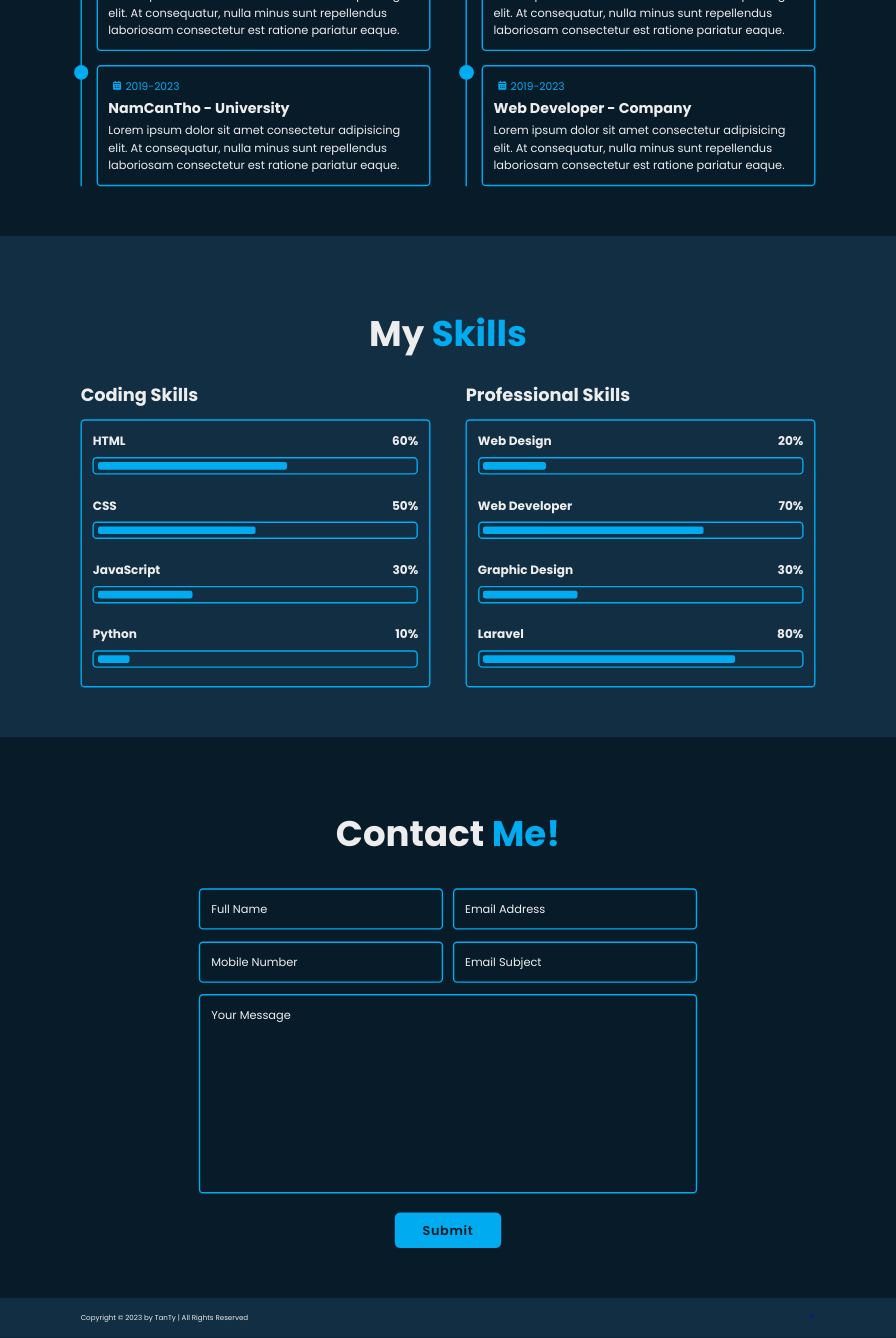
Repository: Tanty102/About_Me
Page: index.html
These files come from the project's save history. The page is drawn as it stood at one moment and after a run of saves; the edit follows.
The browser window is 1280 px wide. The pictures show the part of the page from y = 2080 to 4000 px (the page is 3991 px tall before and 4000 px after), at 70% of full size.

Above is the page before, as saved 2023-09-12 21:59:04.

After the next 3 saves:
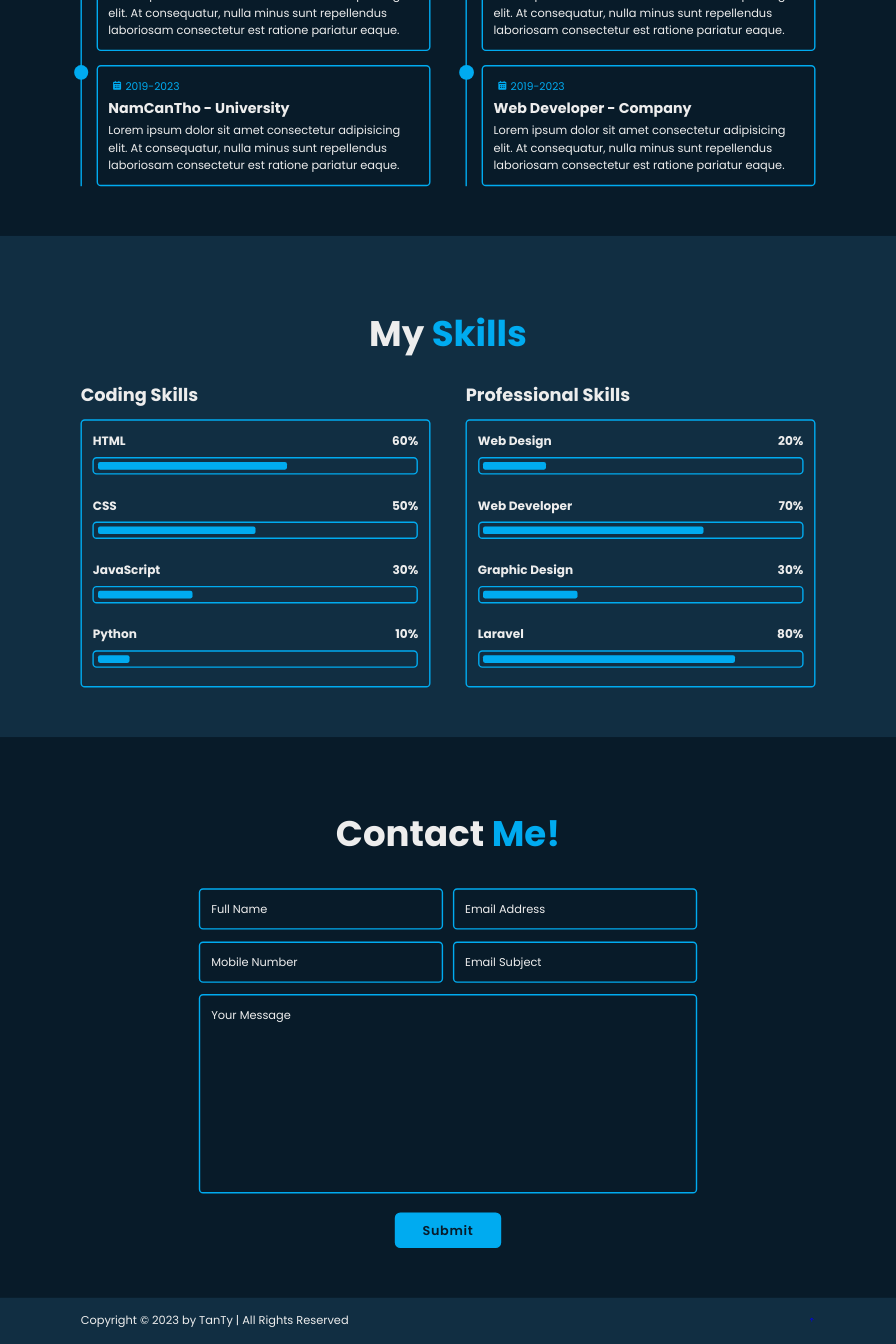
The 3 saves are shown as one change because they came seconds apart.
The last was saved 8 s later.
--- a/style.css
+++ b/style.css
@@ -577,5 +577,7 @@ span {
 }
 
 .footer-text p {
-  fs
-}
+  font-size: 1.6rem;
+}
+
+.foo
